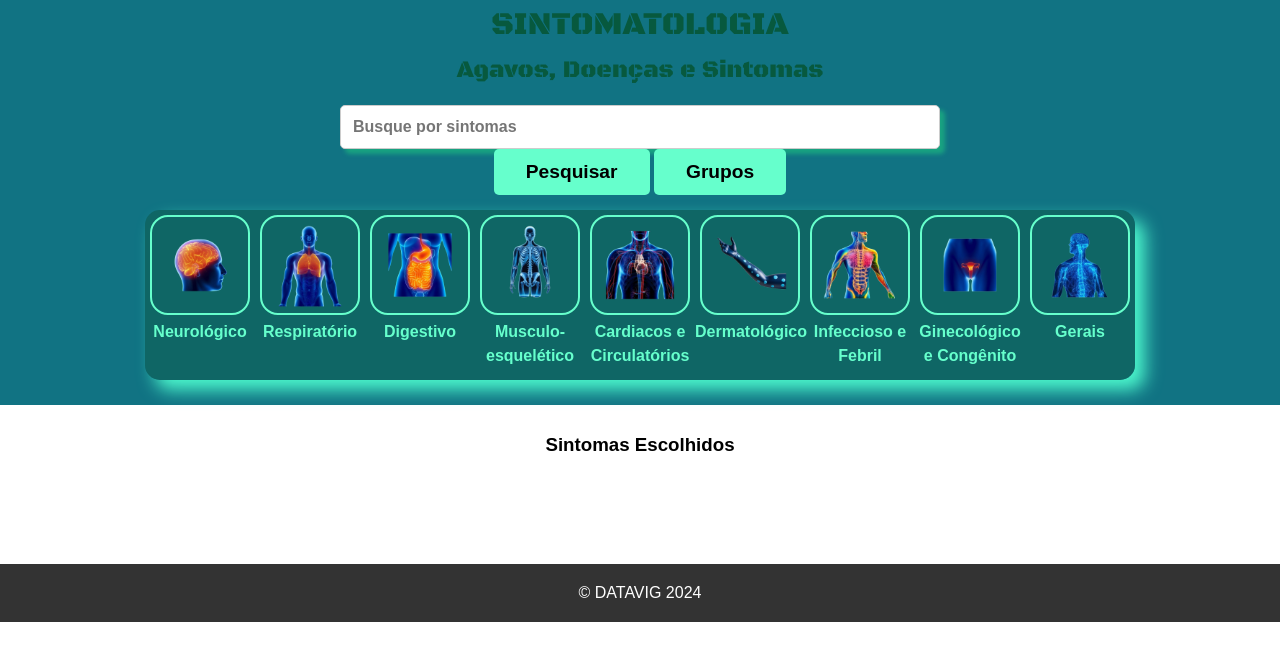
Repository: br-on/vigia
Page: index.html
These files come from the project's save history. The page is drawn as it stood at one moment and after a run of saves; the edit follows.
The browser window is 1280 px wide. The pictures show the whole page.
Some web fonts or font styles are not loaded; a fallback is used.

Above is the page before, as saved 2024-09-19 15:52:22.

### index.html
<!DOCTYPE html>
<html lang="pt-br">
<head>
  <meta charset="UTF-8">
  <meta name="viewport" content="width=device-width, initial-scale=1.0">
  <title>Sintomatologia</title>
  <link rel="stylesheet" href="assets/style/style.css">
</head>
<body>
  <nav>
  </nav>
  <header class="search">
    <h1 class="black-ops-one-regular">SINTOMATOLOGIA</h1>
    <h2 class="black-ops-one-regular">Agavos, Doenças e Sintomas</h2>

    <input type="text" placeholder="Busque por sintomas" class="electrolize-regular" id="campo-pesquisa">
    <div class="botoes">
      <button onclick="pesquisar()" class="electrolize-regular">Pesquisar</button>
      <button onclick="mostrarGrupos()" class="electrolize-regular">Grupos</button>
    </div>
    <div id="resultados-pesquisa" class="resultado-pesquisa"></div>
    <div id="grupos-sintomas" class="grupos-sintomas">
      <div class="base-div">
      <div id="neurologicos" class="grupo"><div class="grupo-sintoma"><img src="/assets/img/grupos/neurologico.png" alt=""></div><div class="nome-grupo electrolize-regular">Neurológico</div></div>
      <div id="respiratorios" class="grupo"><div class="grupo-sintoma"><img src="assets/img/grupos/respiratorio.png" alt=""></div><div class="nome-grupo electrolize-regular">Respiratório</div></div>
      <div id="digestivos" class="grupo"><div class="grupo-sintoma"><img src="assets/img/grupos/digestivo.png" alt=""></div><div class="nome-grupo electrolize-regular">Digestivo</div></div>
      <div id="musculoesqueleticos" class="grupo"><div class="grupo-sintoma"><img src="assets/img/grupos/musculoesqueletico.png" alt=""></div><div class="nome-grupo electrolize-regular">Musculo- esquelético</div></div>
      <div id="cardiacos-circulatorios" class="grupo"><div class="grupo-sintoma"><img src="assets/img/grupos/cardiaco.png" alt=""></div><div class="nome-grupo electrolize-regular">Cardiacos e Circulatórios</div></div>
      <div id="dermatologicos" class="grupo"><div class="grupo-sintoma"><img src="assets/img/grupos/dermatologico.png" alt=""></div><div class="nome-grupo electrolize-regular">Dermatológico</div></div>
      <div id="infecciosos-febris" class="grupo"><div class="grupo-sintoma"><img src="assets/img/grupos/infecciosofebril.png" alt=""></div><div class="nome-grupo electrolize-regular">Infeccioso e Febril</div></div>
      <div id="ginecologicos-congenitos" class="grupo"><div class="grupo-sintoma"><img src="assets/img/grupos/ginecologicocongentia.png" alt=""></div><div class="nome-grupo electrolize-regular">Ginecológico e Congênito</div></div>
      <div id="sistemicos-gerais" class="grupo"><div class="grupo-sintoma"><img src="assets/img/grupos/gerais.png" alt=""></div><div class="nome-grupo electrolize-regular">Gerais</div></div>
      </div>
      <div class="overlay-div">
        <div class="top-overlay-div">
          <div class="top-1">
            <button>Voltar</button>
          </div>
          <div class="top-2">    </div>
        </div>
        <div class="sintomas-grupo">
          <div id="resultados-pesquisa-grupo" class="resultado-pesquisa-sintomas"></div>
        </div>
      </div>
    </div><br>

    <br>
  </header>

  <main>
    <center><h3>Sintomas Escolhidos</h3></center>
    <div id="sintomas-escolhidos">
      <!-- Sintomas escolhidos serão exibidos aqui -->
    </div>
    <br><br>
    <div id="resultados-doencas">
      <!-- Resultados das doenças serão exibidos aqui -->
    </div>
    <br><br>

  </main>
  <footer>
    <p>&copy; DATAVIG 2024</p>
  </footer>

  <script src="assets/script/sintomas.js"></script>
  <script src="assets/script/data.js"></script>
  <script src="assets/script/app.js"></script>
</body>
</html>

### assets/style/style.css
@import url('https://fonts.googleapis.com/css2?family=Black+Ops+One&display=swap');
@import url('https://fonts.googleapis.com/css2?family=Electrolize&display=swap');

.black-ops-one-regular {
  font-family: "Black Ops One", system-ui;
  font-weight: 400;
  font-style: normal;
}

.electrolize-regular {
  font-family: "Electrolize", sans-serif;
  font-weight: 600;
  font-style: normal;
}

/* Estilos globais */
* {
    margin: 0;
    padding: 0;
    box-sizing: border-box;
}

html, body {
    height: 100%;
}

body {
    font-family: Arial, sans-serif;
    line-height: 1.6;
}

header, nav, footer {
    background-color: #333;
    color: #fff;
    text-align: center;
}

main {
    flex: 1;
    margin-top: 25px;
}

h1, h2 {
    color: #07593e;
}

/* Estilo para o formulário de pesquisa */
.search {
    text-align: center;
    background-color: #117383;
}

.search input[type="text"] {
    margin-top: 15px;
    width: 600px;
    padding: 0.75rem;
    border: 1px solid #ccc;
    border-radius: 5px;
    font-size: 1rem;
    box-shadow: 5px 5px 4.5px #19a381;
}

.search button {
    padding: 0.75rem 2rem;
    background-color: #66ffcc;
    color: #000;
    border: none;
    border-radius: 5px;
    cursor: pointer;
    font-size: 1.20rem;
    font-weight: bold;
    margin-bottom: 15px;
}

.search button:hover {
    background-color: #29a67c;
    color: rgb(255, 255, 255);
}

/* Estilo para resultados */
.results {
    padding: 2rem;
    background-color: #fff;
    text-align: center;
}

/* Estilo do rodapé */

footer {
    background-color: #333;
    color: white;
    padding: 1rem;
    text-align: center;
    position: relative;
    bottom: 0;
    width: 100%;
}

/* Media Queries para telas menores */
@media (max-width: 768px) {
    .search input[type="text"] {
        width: 95%;
    }

    .search button {
        width: 49%;
        margin-top: 1rem;
    }
}

@media (max-width: 480px) {
    h1 {
        font-size: 2rem;
    }

    h2 {
        font-size: 1rem;
    }

    footer {
        font-size: 0.9rem;
    }
}


.resultado-pesquisa {
    position: relative;
    margin: 0 auto;
    display: inline-flex;
    flex-wrap: wrap;
    justify-content: center;
    align-items: flex-start;
    min-height: 170px;
    background-color: #0f5c50;
    border-radius: 15px;
    box-shadow: 10px 10px 17px #4cf8cd;
    max-height: 80vh; /* Limita a altura para que os resultados não ocupem a tela inteira */
    overflow-y: auto; /* Ativa a barra de rolagem vertical */
    padding: 20px;
}

/* Estilo dos itens de resultado */
.item-resultado {
    border: 3px solid #e0e0e0; /* Borda leve ao redor do item */
    border-radius: 8px; /* Bordas arredondadas */
    padding: 20px; /* Espaçamento interno */
    margin-bottom: 20px; /* Espaçamento entre os itens */
    box-shadow: 0px 4px 8px rgba(0, 0, 0, 0.05); /* Sombra leve */
    transition: transform 0.3s ease, box-shadow 0.3s ease; /* Transição suave */
}

/* Efeito hover nos itens */
.item-resultado:hover {
    transform: translateY(-5px); /* Eleva o item ao passar o mouse */
    box-shadow: 0px 6px 12px rgba(0, 0, 0, 0.15); /* Aumenta a sombra ao passar o mouse */
}

/* Título do item */
.item-resultado h2 {
    font-size: 1.8rem;
    margin-bottom: 10px;
    color: #333; /* Cor mais escura para o título */
    font-weight: bold;
}

/* Subtítulos (Descrição, Sintomas, etc.) */
.item-resultado h4 {
    font-size: 1.2rem;
    margin-top: 15px;
    margin-bottom: 8px;
    color: #555; /* Cor intermediária */
}

/* Texto descritivo */
.item-resultado .descricao-meta {
    font-size: 1rem;
    line-height: 1.5; /* Facilita a leitura */
    color: #666; /* Cor do texto */
    margin-bottom: 15px;
}

/* Links */
.item-resultado a {
    font-size: 1rem;
    color: #007bff; /* Cor azul padrão */
    text-decoration: none;
}

.item-resultado a:hover {
    text-decoration: underline; /* Sublinha ao passar o mouse */
}

/* Barra de rolagem estilizada */
#resultados-pesquisa::-webkit-scrollbar {
    width: 8px;
}

#resultados-pesquisa::-webkit-scrollbar-thumb {
    background-color: #888;
    border-radius: 10px;
}

#resultados-pesquisa::-webkit-scrollbar-thumb:hover {
    background-color: #555;
}


/* Adicione isto ao seu arquivo CSS */
#filtros-sintomas {
    width: 90%;
    margin: 0 auto; /* Centraliza a div horizontalmente */
    display: flex;
    flex-wrap: wrap; /* Faz com que os itens quebrem para a linha seguinte */
    gap: 10px; /* Espaço entre os itens */
    box-sizing: border-box;
}

#filtros-sintomas label {
    display: flex;
    align-items: center;
    margin-right: 10px; /* Espaço entre os labels */

}


.sintoma-item {
    padding: 10px;
    margin: 5px 0;
    border-radius: 5px;
    cursor: pointer;
    margin: 2px;
}

.sintoma-item:hover {
    opacity: 0.8;
}

#sintomas-escolhidos {
    display: inline-flex;
    flex-wrap: wrap;
    margin-top: 20px;
}

.sintoma-escolhido {
    background-color: #d4edda; /* Cor de fundo verde clara */
    border: 1px solid #c3e6cb;
    padding: 10px;
    margin: 5px 0;
    border-radius: 5px;
}

.resultado-pesquisa-sintomas {
    display: inline-flex;
    flex-wrap: wrap;
    align-items: center;
    justify-content: center;
}


.grupos-sintomas {
    position: relative;
    margin: 0 auto;
    display: inline-flex;
    flex-wrap: wrap;
    justify-content: center;
    align-items: flex-start;
    min-height: 170px;
    background-color: #0f5c5093;
    border-radius: 15px;
    box-shadow: 10px 10px 17px #4cf8cd;
}

/* Media Queries para telas menores */
@media (max-width: 768px) {
    .grupos-sintomas, .resultado-pesquisa {
        width: 94.5%;
    }
}

.grupo-sintoma {
    display: flex;
    justify-content: center;
    align-items: center;
    margin: 5px;
    width: 100px;
    height: 100px;
    border-radius: 18px;
    border: solid 2.5px #66ffcc;
}

.grupo-sintoma img {
    width: 90px;
    height: 90px;
    transition: width 0.3s ease-in-out, height 0.3s ease-in-out;
}


.nome-grupo {
    max-width: 110px;
    font-size: 1em;
    color: #66ffcc;
    line-height: 1.5;

}


/* background-color dos nomes dos grupos */
/* sem utilidade no momento */
    .bg-neurologicos {background-color: #88490d; }
    .bg-respiratorios {background-color: #26B63E; }
    .bg-digestivos {background-color: #060270;}
    .bg-musculoesqueleticos {background-color: #632e2e;}
    .bg-cardiacos-circulatorios {background-color: #D20103;}
    .bg-dermatologicos {background-color: #c63de9;}
    .bg-infecciosos-febris {background-color: #4419AA;}
    .bg-ginecologicos-congenitos {background-color: #3b0a49;}
    .bg-sistemicos-gerais {background-color: #2B5D9C;}


.base-div {
        display: inline-flex;
        flex-wrap: wrap;
        justify-content: center;
        position: relative;
        z-index: 1;
        /* A altura será variável de acordo com o conteúdo */
}

.overlay-div {
    position: absolute;
    top: 0;
    left: 0;
    display: flex;
    flex-direction: column;
    width: 100%; /* A largura da div sobreposta será igual à da div base */
    height: 100%; /* A altura será igual à div base */
    z-index: 2;
    background-color: rgba(87, 160, 189, 0.966); /* Cor com transparência */
    border-radius: 15px;
    transition: opacity 0.3s ease-in-out; /* Suavizando a transição de opacidade */
    display: none;
}

.overlay-div[style*="display: flex"] {
    opacity: 1;
}

.top-overlay-div {
    display: flex;
    height: 35%;
    background-color: rgb(10, 90, 92);
    border-top-left-radius: 15px;
    border-top-right-radius: 15px;
}

.top-overlay-div .top-1 {
    width: 50%;
}

.top-overlay-div .top-1 button{
    background-color: rgb(151, 168, 189);
    border-top-right-radius: 15px;
    border-bottom-right-radius: 15px;
    border-top-left-radius: 0;
    border-bottom-left-radius: 0;
    width: 100%;
}


.top-overlay-div .top-2 {
    width: 50%;
    display: flex;
    align-items: center;
    justify-content: center;
}


.top-overlay-div .top-2 .grupo {
    cursor: pointer;
}
.top-overlay-div .top-2 .nome-grupo {
        margin-top: 18px;
        background-color: hsl(29, 100%, 42%);
}
.top-overlay-div .top-2 .grupo-sintoma {
        height: 90px;
        width: 90px;
        transition: 0.5s;
        cursor: pointer;
        border-radius: 50%;
        background-color: hsl(29, 100%, 42%);
    }

.top-overlay-div .top-2 .grupo-sintoma img {
    height: 130px;
    width: 130px;
    transition: all 0.5s ease; /* Suavizando a transição */
}


.top-overlay-div .top-1 button:hover {
    cursor: pointer;
}

.sintomas-grupo {
    border-radius: 15px;
    margin-top: 5px;
    height: 65%;
}

/* Container principal dos resultados pesquisa por grupo*/
#resultados-pesquisa-grupo {

    max-height: 95%; /* Limita a altura para que os resultados não ocupem a tela inteira */
    overflow-y: auto; /* Ativa a barra de rolagem vertical */
    padding: 20px;
    border-radius: 8px;
}

/* Barra de rolagem estilizada */
#resultados-pesquisa-grupo::-webkit-scrollbar {
    width: 8px;
}

#resultados-pesquisa-grupo::-webkit-scrollbar-thumb {
    background-color: #52dcff;
    border-radius: 10px;
}

#resultados-pesquisa-grupo::-webkit-scrollbar-thumb:hover {
    background-color: #52dcff;
}

.display-off {
    display: none;
}
.display-on {
    display: block;
}

### assets/script/app.js
    // variaveis globais bara definir mesma altura para resultados-pesquisa
const grupoSintomas = document.querySelector('.grupos-sintomas');
const resultadosPesquisa = document.querySelector('#resultados-pesquisa');

resultadosPesquisa.style.width = `${grupoSintomas.offsetWidth}px`;
resultadosPesquisa.style.height = `${grupoSintomas.offsetHeight}px`;

document.addEventListener('DOMContentLoaded', function () {
    // Inicialmente, ocultar a div #resultados-pesquisa
    const resultadosPesquisa = document.getElementById('resultados-pesquisa');
    resultadosPesquisa.style.display = 'none';

    // Configurar eventos de clique nos grupos e no botão Voltar
    configurarEventosDeCliqueNosGrupos();
});

function configurarEventosDeCliqueNosGrupos() {
    // Seleciona todas as divs de grupos de sintomas
    const grupos = document.querySelectorAll('.grupo');

    // Adiciona o evento de clique para cada grupo
    grupos.forEach(grupo => {
        grupo.addEventListener('click', () => {
            exibirSintomasPorGrupo(grupo.id);
        });
    });

    // Adiciona evento de clique ao botão Voltar
    const backButton = document.querySelector('.top-1 button');
    backButton.addEventListener('click', ocultarOverlay);
}

function exibirSintomasPorGrupo(grupoId) {
    const overlayDiv = document.querySelector('.overlay-div');
    const resultadosSintomasDiv = document.getElementById("resultados-pesquisa-grupo");
    const top2Div = document.querySelector('.top-2');
    const grupoDiv = document.getElementById(grupoId);

    // Limpa resultados anteriores
    resultadosSintomasDiv.innerHTML = "";

    // Obter sintomas já escolhidos
    const sintomasEscolhidos = Array.from(document.getElementById("sintomas-escolhidos").children)
        .map(div => div.textContent);

    // Filtrar sintomas pelo grupo clicado e que não foram escolhidos
    const sintomasEncontrados = dataSintomas.filter(sintoma =>
        sintoma.grupo_sintoma.toLowerCase() === grupoId.toLowerCase() &&
        !sintomasEscolhidos.includes(sintoma.titulo_sintoma)
    );

    // Exibir sintomas encontrados ou mensagem de "nenhum sintoma encontrado"
    if (sintomasEncontrados.length > 0) {
        sintomasEncontrados.forEach(sintoma => {
            const divSintoma = document.createElement('div');
            divSintoma.className = 'sintoma-item';
            divSintoma.style.backgroundColor = coresPorGrupo[grupoId.toLowerCase()] || '#ccc';
            divSintoma.textContent = sintoma.titulo_sintoma;
            divSintoma.addEventListener('click', () => adicionarSintomaEscolhido(sintoma, grupoId));
            resultadosSintomasDiv.appendChild(divSintoma);
        });
    } else {
        resultadosSintomasDiv.innerHTML = '<p>Nenhum sintoma encontrado para este grupo.</p>';
    }

    // Clona o conteúdo da div do grupo selecionado e insere na top-2
    const grupoDivClone = grupoDiv.cloneNode(true);
    top2Div.innerHTML = ''; // Limpa a top-2 antes de adicionar o clone
    top2Div.appendChild(grupoDivClone);

    // Exibe a overlay-div
    overlayDiv.classList.remove('display-off');
    overlayDiv.classList.add('display-on');
}

function ocultarOverlay() {
    const overlayDiv = document.querySelector('.overlay-div');
    overlayDiv.classList.remove('display-on');
    overlayDiv.classList.add('display-off');
}

function mostrarGrupos() {
    document.getElementById('resultados-pesquisa').style.display = 'none';
    document.getElementById('grupos-sintomas').style.display = 'block';
}

function pesquisar() {
    document.getElementById('grupos-sintomas').style.display = 'none';
    document.getElementById('resultados-pesquisa').style.display = 'block';
    let campoPesquisa = document.getElementById("campo-pesquisa").value.toLowerCase();
    let resultadosSintomasDiv = document.getElementById("resultados-pesquisa");
    resultadosSintomasDiv.innerHTML = ""; // Limpar resultados anteriores

    // Obter sintomas já escolhidos
    let sintomasEscolhidos = Array.from(document.getElementById("sintomas-escolhidos").children)
        .map(div => div.textContent);

    // Filtrar sintomas que correspondem ao texto digitado e que não foram escolhidos
    let sintomasEncontrados = dataSintomas.filter(sintoma =>
        (sintoma.titulo_sintoma.toLowerCase().includes(campoPesquisa) ||
        sintoma.grupo_sintoma.toLowerCase().includes(campoPesquisa)) &&
        !sintomasEscolhidos.includes(sintoma.titulo_sintoma)
    );

    sintomasEncontrados.forEach(sintoma => {
        let divSintoma = document.createElement('div');
        divSintoma.className = 'sintoma-item';

        let grupoId = sintoma.grupo_sintoma.toLowerCase().replace(/\s/g, '-');
        divSintoma.style.backgroundColor = coresPorGrupo[grupoId] || '#ccc';

        divSintoma.textContent = sintoma.titulo_sintoma;
        divSintoma.addEventListener('click', () => adicionarSintomaEscolhido(sintoma, grupoId));
        resultadosSintomasDiv.appendChild(divSintoma);
    });
}

function adicionarSintomaEscolhido(sintoma, grupoId) {
    let sintomasEscolhidosDiv = document.getElementById("sintomas-escolhidos");

    // Verifica se o sintoma já foi escolhido
    if (Array.from(sintomasEscolhidosDiv.children).some(div => div.textContent === sintoma.titulo_sintoma)) return;

    let divEscolhido = document.createElement('div');
    divEscolhido.className = 'sintoma-escolhido';
    divEscolhido.textContent = sintoma.titulo_sintoma;

    // Aplicar a cor do grupo ao sintoma escolhido
    divEscolhido.style.backgroundColor = coresPorGrupo[grupoId.toLowerCase()] || '#ccc';

    // Adiciona o evento de clique para remover o sintoma da lista escolhida
    divEscolhido.addEventListener('click', () => removerSintomaEscolhido(sintoma));

    sintomasEscolhidosDiv.appendChild(divEscolhido);

    // Remover o sintoma da lista de sintomas encontrados
    let sintomasEncontrados = document.querySelectorAll('#resultados-pesquisa .sintoma-item');
    sintomasEncontrados.forEach(item => {
        if (item.textContent === sintoma.titulo_sintoma) {
            item.remove();
        }
    });

    mostrarDoencasRelacionadas();
}

function removerSintomaEscolhido(sintoma) {
    let sintomasEscolhidosDiv = document.getElementById("sintomas-escolhidos");

    // Encontrar e remover o sintoma da lista de escolhidos
    Array.from(sintomasEscolhidosDiv.children).forEach(div => {
        if (div.textContent === sintoma.titulo_sintoma) {
            div.remove();
        }
    });

    // Reexibir o sintoma na lista de pesquisa ou na lista de grupo
    let resultadosSintomasDiv = document.getElementById("resultados-pesquisa");

    let divSintoma = document.createElement('div');
    divSintoma.className = 'sintoma-item';

    let grupoId = sintoma.grupo_sintoma.toLowerCase().replace(/\s/g, '-');
    divSintoma.style.backgroundColor = coresPorGrupo[grupoId] || '#ccc';

    divSintoma.textContent = sintoma.titulo_sintoma;
    divSintoma.addEventListener('click', () => adicionarSintomaEscolhido(sintoma, grupoId));
    resultadosSintomasDiv.appendChild(divSintoma);

    mostrarDoencasRelacionadas();
}

function mostrarDoencasRelacionadas() {
    let sintomasEscolhidosDiv = document.getElementById("sintomas-escolhidos");
    let sintomasEscolhidos = Array.from(sintomasEscolhidosDiv.children).map(div => div.textContent.trim().toLowerCase());

    let resultadosDoencasDiv = document.getElementById("resultados-doencas");
    resultadosDoencasDiv.innerHTML = ""; // Limpar resultados anteriores

    // Percorre cada doença no array dataDoencas
    dataDoencas.forEach(doenca => {
        // Divide os sintomas da doença em um array e remove espaços extras
        let sintomasDoenca = doenca.sintomas.toLowerCase().split(',').map(s => s.trim());

        // Verifica se todos os sintomas escolhidos estão incluídos nos sintomas da doença
        let correspondeSintomas = sintomasEscolhidos.every(sintomaEscolhido =>
            sintomasDoenca.includes(sintomaEscolhido)
        );

        // Se todos os sintomas escolhidos estiverem presentes, exibe a doença
        if (correspondeSintomas) {
            resultadosDoencasDiv.innerHTML += `
                <div class="item-resultado">
                    <center><h2 class="black-ops-one-regular">${doenca.titulo}</h2></center>
                    <h4 class="electrolize-regular">Descrição</h4>
                    <p class="descricao-meta">${doenca.descricao}</p>
                    <h4 class="electrolize-regular">Sintomas</h4>
                    <p class="descricao-meta">${doenca.sintomas}</p>
                </div>`;
        }
    });
}

Loaded but not shown: assets/script/data.js (373 lines, source omitted); assets/script/sintomas.js (484 lines, source omitted)

After the next 3 saves:
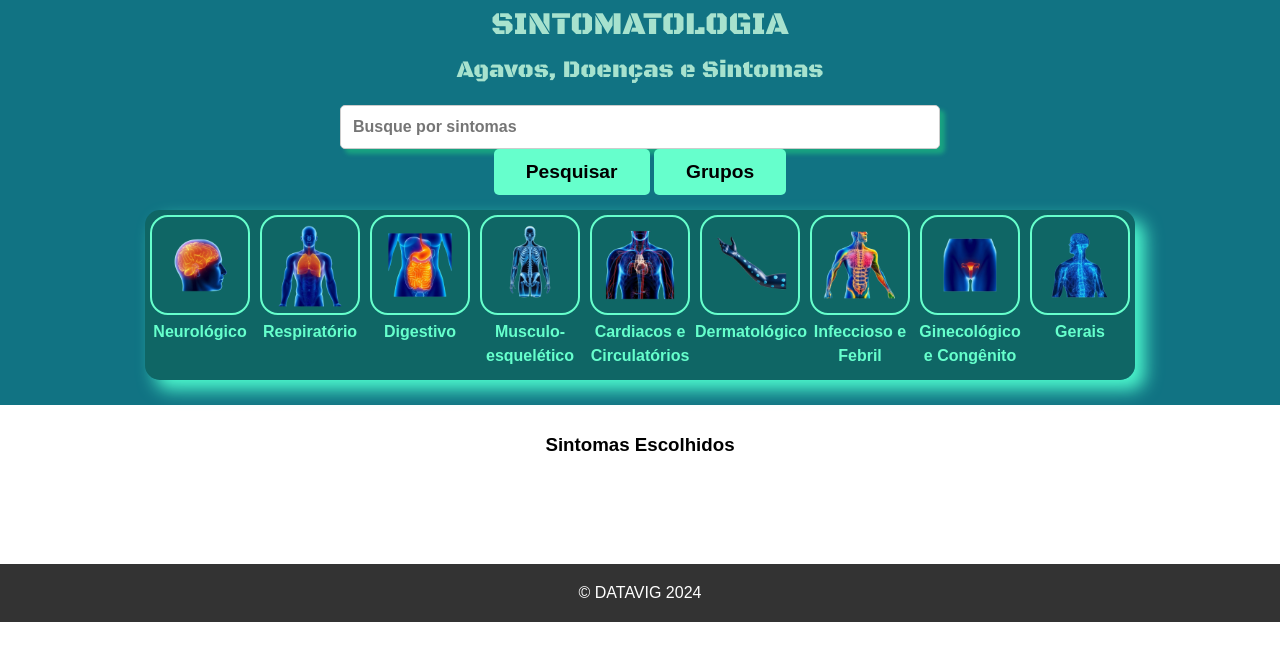
The 3 saves are shown as one change because they came seconds apart.
The last was saved 14 s later.
--- a/assets/style/style.css
+++ b/assets/style/style.css
@@ -41,7 +41,7 @@ main {
 }
 
 h1, h2 {
-    color: #07593e;
+    color: #a7e2ce;
 }
 
 /* Estilo para o formulário de pesquisa */
